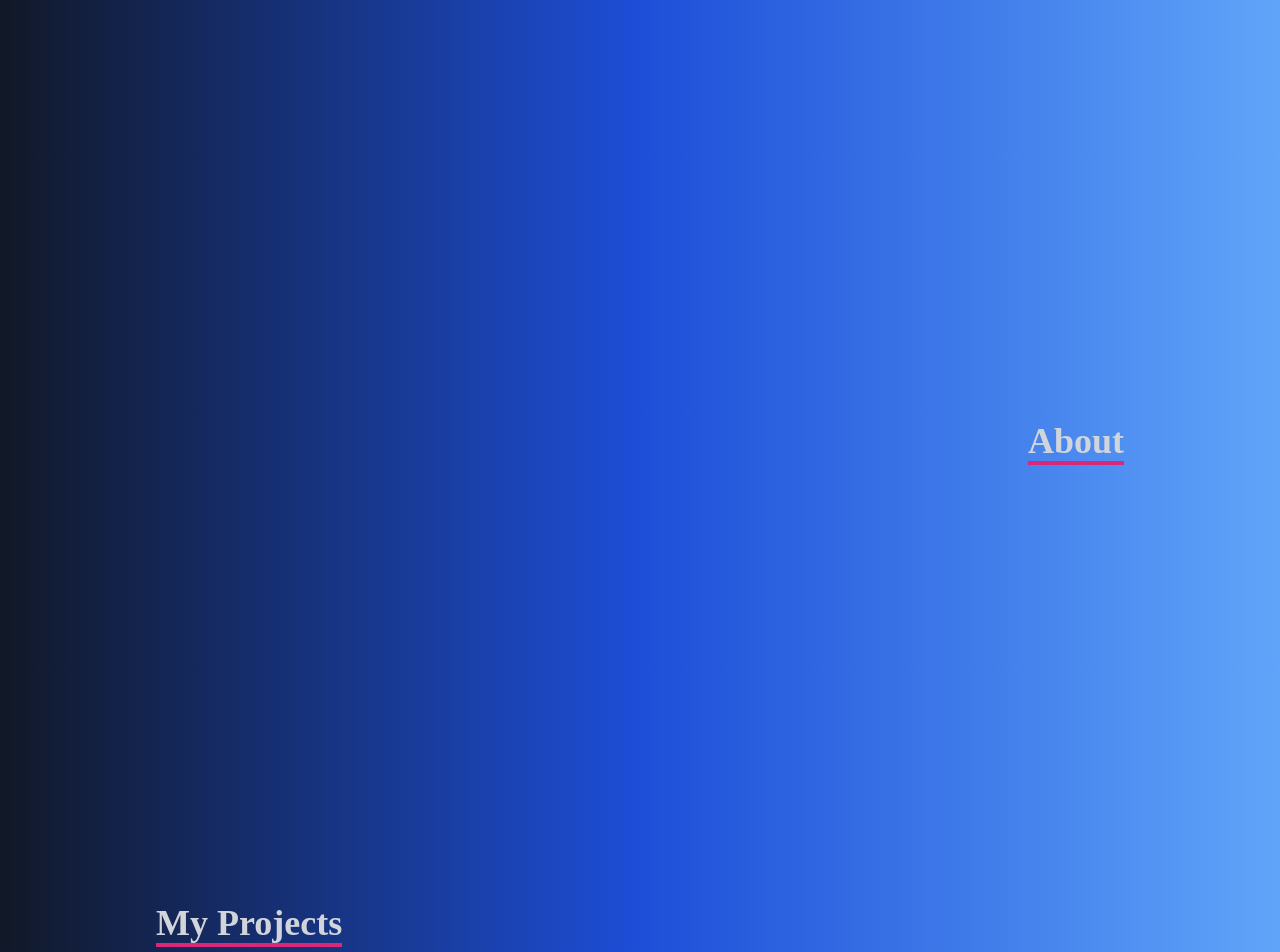
Repository: olichengus/Project-Portfolio
Page: /
These files come from the project's save history. The page is drawn as it stood at one moment and after the next save; the edit follows.
The browser window is 1280 px wide. The pictures show the part of the page from y = 605 to 1557 px (the page is 2160 px tall).
The project was rebuilt for these pictures with package versions that can differ from the ones it lists, and the page was loaded fresh each time.

Above is the page before, as saved 2024-02-10 00:08:24.

### src/index.css
@tailwind base;
@tailwind components;
@tailwind utilities;

@import url('https://fonts.googleapis.com/css2?family=Roboto:wght@300;400;500;700&display=swap');

@layer base {
  body {
    @apply font-[Raleway];
  }
  li {
    @apply px-4;
    @apply cursor-pointer;
  }
}


.content-div{
  background-repeat: no-repeat;
  background-size: cover;
  background-position: center;
  height: 250px;
}

.content-div:hover{
  background-image: linear-gradient(
    to right,
    rgba(112,157,255,0.8),
    hsla(242,74%,61%,0.8)
  )!important;
  background-color: rgba(0, 0, 0, 0.5);
  transition: 0.5s;
}

### src/App.js
import Home from './components/Home';
import Navbar from './components/Navbar';
import About from './components/About';
import Work from './components/Work';

function App() {
  return (
    <div>
      <Navbar />
      <Home />
      <About />
      <Work />
    </div>
  );
}

export default App;

### src/components/Home.jsx
import React from 'react'
import {HiArrowNarrowRight} from 'react-icons/hi'

const Home = () => {
  return (
    <div className='w-full h-screen bg-gradient-to-r from-gray-900 via-blue-700 to-blue-400'>
      {/* Container */}
      <div className='max-w-[1000px] mx-auto px-8 flex flex-col justify-center h-full'>
        <p className='text-pink-600 text-2xl'>Hi, my name is</p>
        <h1 className='text-white text-7xl font-bold'>Oliver Cheng</h1>
        <h2 className='text-4xl sm:text-5xl font-bold text-[#8892b0]'> I am a Computer Science student @ UBC</h2>
        <h2 className='text-4xl sm:text-5xl font-bold text-[#8892b0]'> Welcome to my Portfolio!</h2>
        <div className='background-color'>
          <button className = 'text-white border-2 px-6 py-3 my-2 flex items-center hover:bg-pink-600 hover:border-pink-600'>
            My Projects
            <span className='group-hover:rotate-90 duration-300'>
              <HiArrowNarrowRight className='ml-2' />
            </span>
          </button>
        </div>
      </div>

    </div>
  )
}

export default Home

### src/components/navbar.js
import React, {useState} from 'react'
import {
    FaBars,
    FaTimes,
    FaGithub,
    FaLinkedin
  } from 'react-icons/fa';
import { HiOutlineMail } from 'react-icons/hi';
import BsFillPersonFill from 'react-icons/bs';

const Navbar = () => {
    const [nav, setNav] = useState(false)
    const handleClick = () => setNav(!nav)
  return (
    <div className='fixed w-full h-[80px] flex justify-between items-center px-4 bg-[#0a192f] text-gray-300'>
    {/* menu */}
        <div className='hidden md:flex'>
            <ul className='hidden md:flex'>
                <li>Home</li>
                <li>About</li>
                <li>Experience</li>
                <li>Projects</li>
                <li>Contact</li>


            </ul>
        </div>

        <div onClick={handleClick} className='md:hidden z-10'>
            {/* if false set it to bars else set it to x logo*/}
            {!nav ? <FaBars /> : <FaTimes />}
        </div>


        {/* Moble menu */}
        <ul className={!nav ? "hidden": 'absolute top-0 left-0 w-full h-screen bg-[#0a192f] flex flex-col justify center items-center'}>
                <li className='py-6 text-4xl'>Home</li>
                <li className='py-6 text-4xl'>About</li>
                <li className='py-6 text-4xl'>Experience</li>
                <li className='py-6 text-4xl'>Projects</li>
                <li className='py-6 text-4xl'>Contact</li>

        </ul>
        {/* Social Icons */}
        <div className='flex fixed flex-col top-[35%] left-0;'>
        </div>
    </div>


  )
}

export default Navbar

### src/components/About.jsx
import React from 'react';

const About = () => {
    return (
        <div name='about' className='w-full h-screen bg-gradient-to-r from-gray-900 via-blue-700 to-blue-400 text-gray-300'>
            <div className='flex flex-col justify-center items-center w-full h-full'>
                <div className='max-w-[1000px] w-full px-4 justify-center items-center'>
                    <div className='sm:text-right pb-8 pl-4'>
                        <p className='text-4xl font-bold inline border-b-4 border-pink-600 hover:text-white'>About</p>
                    </div>

                </div>
                <div className='mt-9 max-w-[1000px] w-full grid grid-cols-2 gap-8'>
                    <div>
                        <p></p>
                    </div>
                </div>
            </div>
        </div>
    )
}

export default About;

### src/components/Work.jsx
import React from 'react';
import Background from '../assets/background.jpeg';

const Work = () => {
    return (
        <div className='w-full md:h-screen text-gray-300 bg-gradient-to-r from-gray-900 via-blue-700 to-blue-400'>
            <div className='max-w-[1000px] mx-auto p-4 flex flex-col justify-center w-full h-full'>
                <div>
                    <p className='text-4xl font-bold inline border-b-4 text-gray-300 border-pink-600'>My Projects</p>
                </div>

            {/* Container */}

                <div className='grid sm:grid-cols-2 md:grid-cols-3 gap-4 mt-7'>

            {/* Grid Item */}
                    <div style = {{backgroundImage: `url(${Background})`}}
                    className='shadow-lg shadow-[#040c16] group container rounded-md flex justify-center items-center mx-auto content-div'>

                        {/* Hover Effects */}
                        <div className='opacity-0 group-hover:opacity-100'>
                            <span className='text-2xl font-bold text-white tracking-wider'>
                                UBC Elective Finder
                            </span>
                            <div className='pt-8 text-center'>
                                {/* <a href ="/">
                                    <button className='text-center rounded-lg px-4 py-3 m-2 bg-white text-gray-700 font-bold text-lg'>Demo</button>
                                </a> */}
                                <a href = "https://github.com/olichengus/UBC-Elective-Finder">
                                    <button className='text-center rounded-lg px-5 py-3 m-2 bg-white text-gray-700 font-bold text-lg'>View</button>
                                </a>
                            </div>
                        </div>
                    </div>

                    <div style = {{backgroundImage: `url(${Background})`}}
                    className='shadow-lg shadow-[#040c16] group container rounded-md flex justify-center items-center mx-auto content-div'>

                        {/* Hover Effects */}
                        <div className='opacity-0 group-hover:opacity-100'>
                            <span className='text-2xl font-bold text-white tracking-wider'>
                                Telomeres Website
                            </span>
                            <div className='pt-8 text-center'>
                                {/* <a href ="/">
                                    <button className='text-center rounded-lg px-4 py-3 m-2 bg-white text-gray-700 font-bold text-lg'>Demo</button>
                                </a> */}
                                <a href = "https://github.com/olichengus/TelomeresWebsite">
                                    <button className='text-center rounded-lg px-5 py-3 m-2 bg-white text-gray-700 font-bold text-lg'>View</button>
                                </a>
                            </div>
                        </div>
                    </div>

                    <div style = {{backgroundImage: `url(${Background})`}}
                    className='shadow-lg shadow-[#040c16] group container rounded-md flex justify-center items-center mx-auto content-div'>

                        {/* Hover Effects */}
                        <div className='opacity-0 group-hover:opacity-100'>
                            <span className='text-2xl font-bold text-white tracking-wider'>
                                Wishlist Application
                            </span>
                            <div className='pt-8 text-center'>
                                {/* <a href ="https://github.com/olichengus/WishList">
                                    <button className='text-center rounded-lg px-4 py-3 m-2 bg-white text-gray-700 font-bold text-lg'>Demo</button>
                                </a> */}
                                <a href = "https://github.com/olichengus/WishList">
                                    <button className='text-center rounded-lg px-5 py-3 m-2 bg-white text-gray-700 font-bold text-lg'>View</button>
                                </a>
                            </div>
                        </div>
                    </div>

                    <div style = {{backgroundImage: `url(${Background})`}}
                    className='shadow-lg shadow-[#040c16] group container rounded-md flex justify-center items-center mx-auto content-div'>

                        {/* Hover Effects */}
                        <div className='opacity-0 group-hover:opacity-100'>
                            <span className='text-2xl font-bold text-white tracking-wider'>
                                PythonRoads
                            </span>
                            <div className='pt-8 text-center'>
                                {/* <a href ="/">
                                    <button className='text-center rounded-lg px-4 py-3 m-2 bg-white text-gray-700 font-bold text-lg'>Demo</button>
                                </a> */}
                                <a href = "https://github.com/olichengus/PythonRoads">
                                    <button className='text-center rounded-lg px-5 py-3 m-2 bg-white text-gray-700 font-bold text-lg'>View</button>
                                </a>
                            </div>
                        </div>
                    </div>

                </div>



            </div>
        </div>
    );
};

export default Work;

### tailwind.config.js
/** @type {import('tailwindcss').Config} */
module.exports = {
  content: ["./src/**/*.{html,jsx}"],
  theme: {
    extend: {},
  },
  plugins: [],
}

Loaded but not shown: public/index.html (common file); src/index.js (common file)

After the next save:
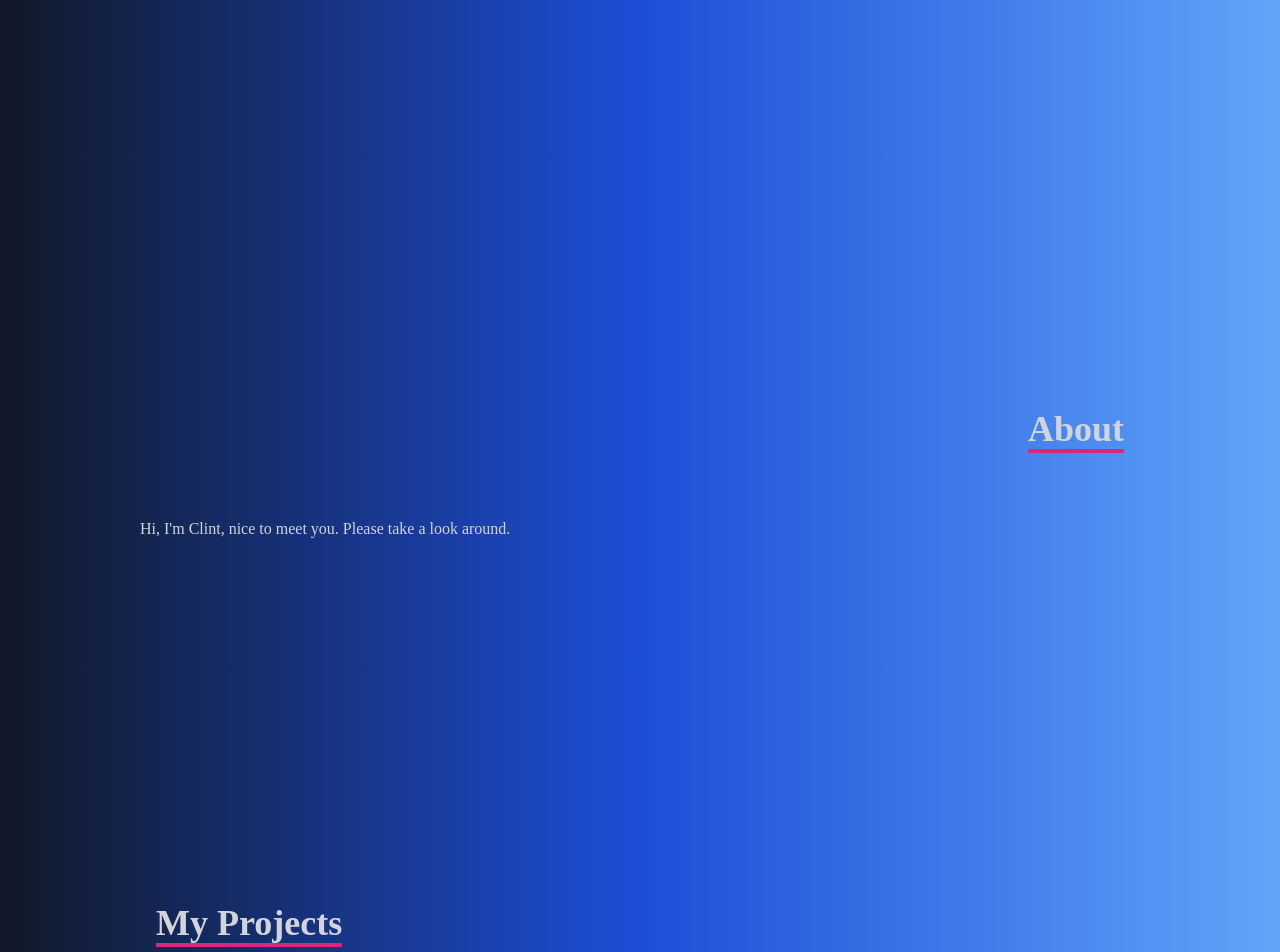
Saved 14 s later.
--- a/src/components/About.jsx
+++ b/src/components/About.jsx
@@ -12,7 +12,7 @@ const About = () => {
                 </div>
                 <div className='mt-9 max-w-[1000px] w-full grid grid-cols-2 gap-8'>
                     <div>
-                        <p></p>
+                        <p>Hi, I'm Clint, nice to meet you. Please take a look around.</p>
                     </div>
                 </div>
             </div>
